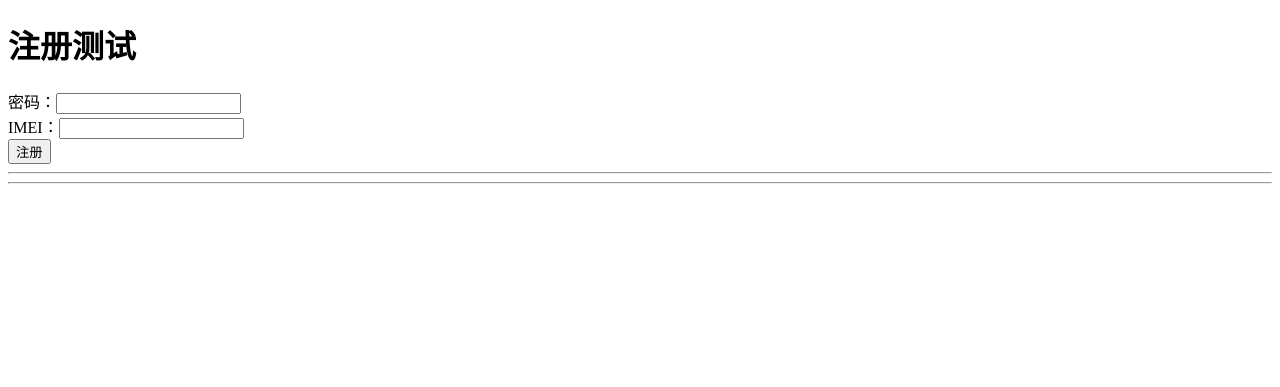
Repository: FlyToper/ActCode
Page: Application/ActivationCode/Home/View/User/show.html
These files come from the project's save history. The page is drawn as it stood at one moment and after the next save; the edit follows.
The browser window is 1280 px wide. The pictures show the whole page.

Above is the page before, as saved 2016-07-27 01:53:04.

### Application/ActivationCode/Home/View/User/show.html
<!DOCTYPE html>
<html>
<head>
<meta charset="UTF-8">
<title>测试页面</title>
</head>
<body>
	<h1>注册测试</h1>
	<form action="/User/register" method="post">
	密码：<input tyepe="text" name="Password"><br>
	IMEI：<input tyepe="text" name="Imei" ><br>
	<input type="submit" value="注册">
	</form>
	<hr>
	<hr>
</body>
</html>

After the next save:
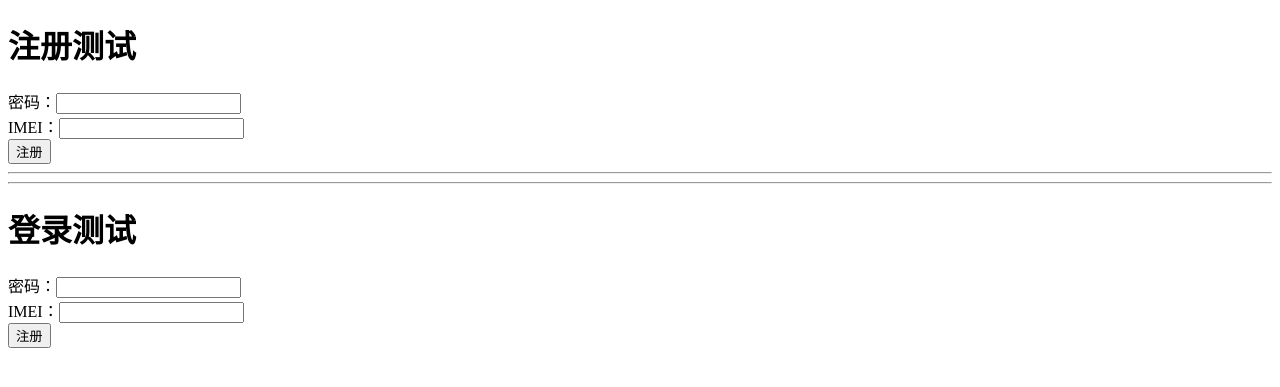
Saved 38 s later.
--- a/Application/ActivationCode/Home/View/User/show.html
+++ b/Application/ActivationCode/Home/View/User/show.html
@@ -7,11 +7,18 @@
 <body>
 	<h1>注册测试</h1>
 	<form action="/User/register" method="post">
-	密码：<input tyepe="text" name="Password"><br>
-	IMEI：<input tyepe="text" name="Imei" ><br>
-	<input type="submit" value="注册">
+		密码：<input tyepe="text" name="Password"><br> IMEI：<input
+			tyepe="text" name="Imei"><br> <input type="submit"
+			value="注册">
 	</form>
 	<hr>
 	<hr>
+
+	<h1>登录测试</h1>
+	<form action="/User/register" method="post">
+		密码：<input tyepe="text" name="Password"><br> IMEI：<input
+			tyepe="text" name="Imei"><br> <input type="submit"
+			value="注册">
+	</form>
 </body>
 </html>
